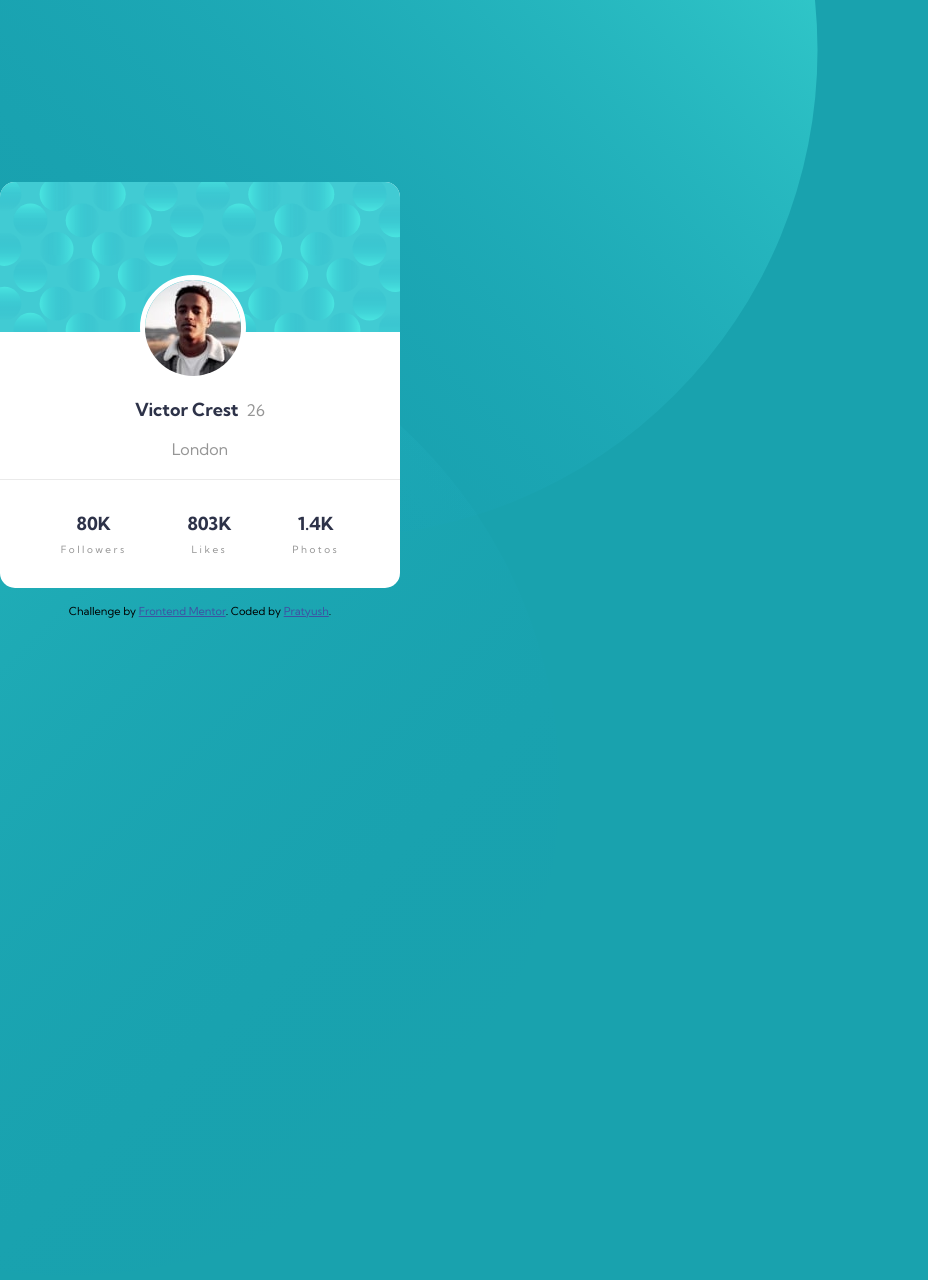
Repository: PratypartyY2K/frontendmentor-challenges
Page: profile-card-component-main/index.html
The author's editor kept a copy of each file at every save. The page is drawn from the files as they stood at one save, then again after the next save.
The browser window is 768 px wide. The page is 818 px wide, then 928 px, so the pictures cover 928 px, including what lies to the right of the window. The pictures show the whole page.

Above is the page before, as saved 2021-07-15 14:41:44.

After the next save:
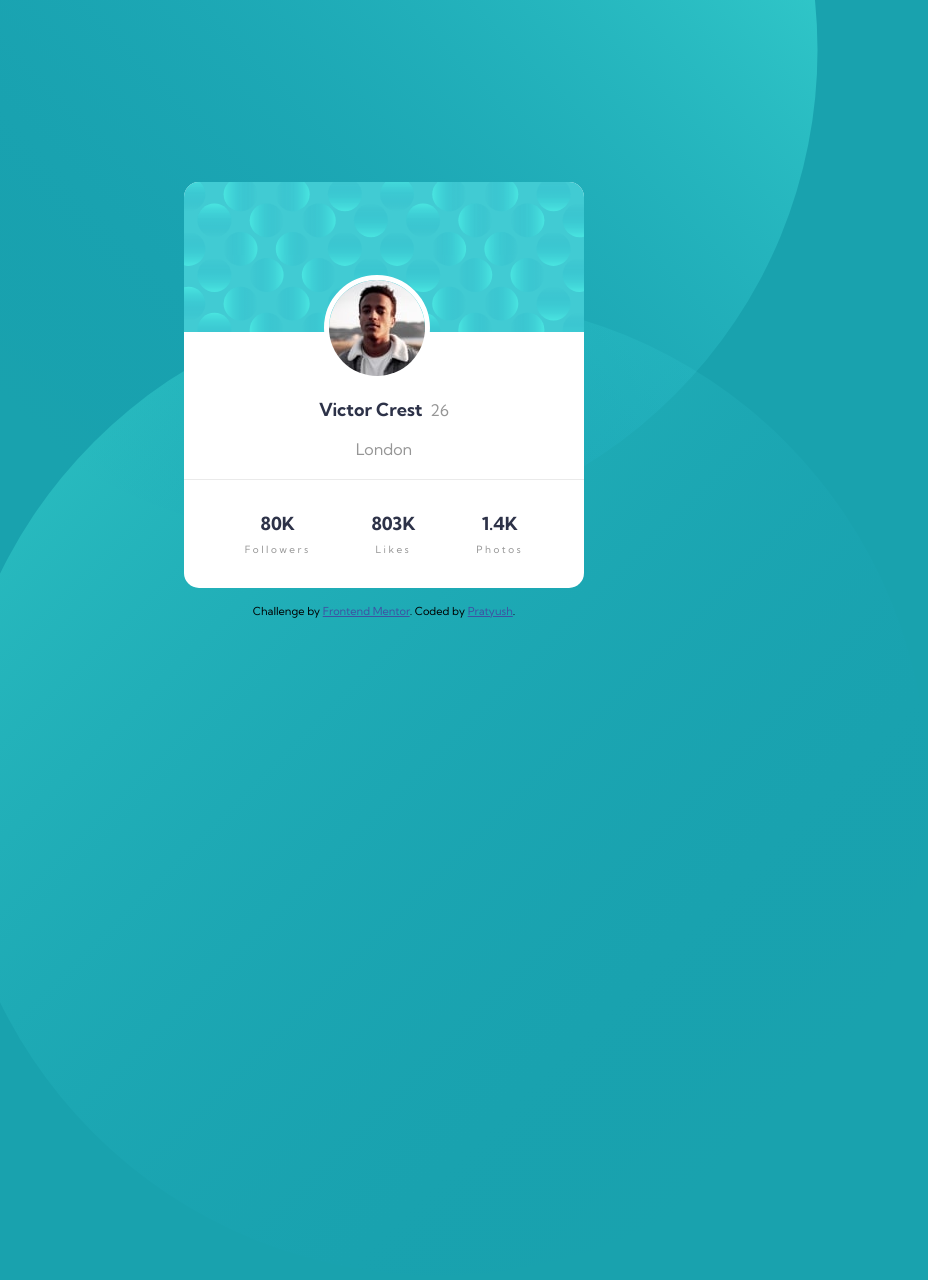
Saved 13 s later.
--- a/profile-card-component-main/style.css
+++ b/profile-card-component-main/style.css
@@ -16,7 +16,6 @@ body {
   position: relative;
   background-color: var(--primary-cyan);
   min-height: 100vh;
-  max-width: fit-content;
   display: flex;
   flex-direction: column;
   justify-content: center;
@@ -125,6 +124,7 @@ h3 {
         display: flex;
         justify-content: center;
         align-items: center;
+        max-width: 100vw;
     }
 
 }
